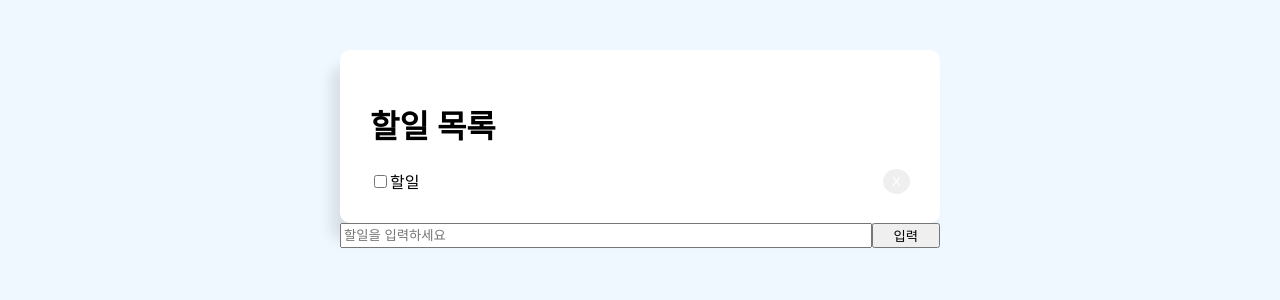
Repository: siwon9898/react-learn
Page: /
An editor plug-in stored every save of this project. The page is shown before and after the next save, followed by the edit.
The browser window is 1280 px wide. The pictures show the whole page.
The project was rebuilt for these pictures with package versions that can differ from the ones it lists, and the page was loaded fresh each time.

Above is the page before, as saved 2023-03-29 15:09:25.

After the next save:
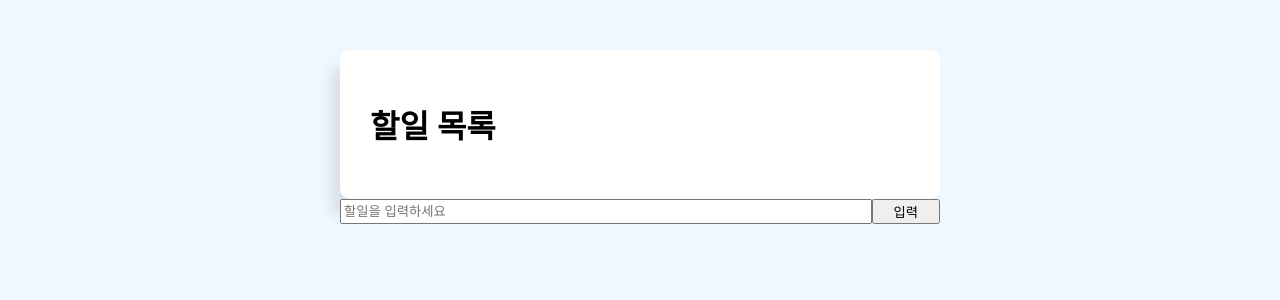
Saved 6 min 35 s later.
--- a/src/App.js
+++ b/src/App.js
@@ -115,8 +115,12 @@ export default class App extends React.Component {
   };
 
   state = {
-    data: [],
+    TodoData: [],
     value: "",
+  };
+
+  handleClick = (id) => {
+    this.state.TodoData.filter((data) => data.id !== id);
   };
   render() {
     return (
@@ -125,17 +129,23 @@ export default class App extends React.Component {
           <div className="title">
             <h1>할일 목록</h1>
           </div>
-          <div>
-            <input type="checkbox" defaultChecked={false} />
-            {/* {this.data.title} */}
-            할일
-            <button
-              style={this.btnStyle}
-              onClick={() => this.handleClick(data.id)}
-            >
-              X
-            </button>
-          </div>
+          {this.state.TodoData.map((data) => (
+            <div>
+              <input
+                type="checkbox"
+                defaultChecked={false}
+                onChange={() => this.handleCompleteChange(data.id)}
+              />
+              {/* {this.data.title} */}
+              할일
+              <button
+                style={this.btnStyle}
+                onClick={() => this.handleClick(data.id)}
+              >
+                X
+              </button>
+            </div>
+          ))}
         </div>
         <form style={{ display: "flex" }}>
           <input
